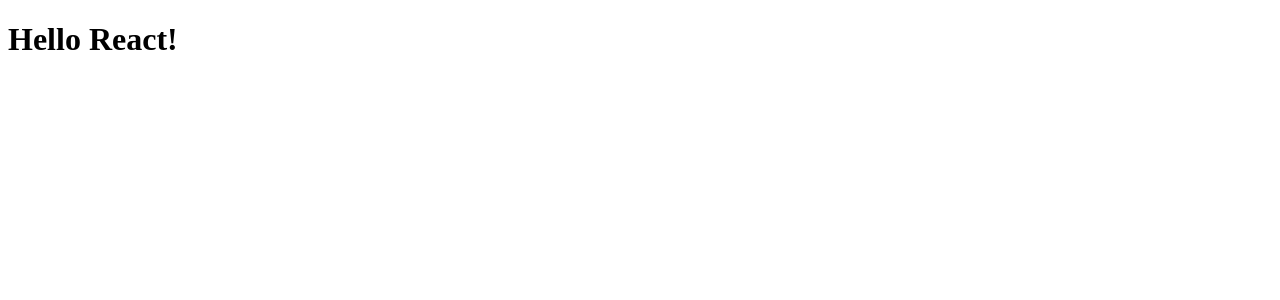
Repository: Alphosmart/03_pizza-menu
Page: /
The author's editor kept a copy of each file at every save. The page is drawn from the files as they stood at one save, then again after a run of saves.
The browser window is 1280 px wide. The pictures show the whole page.
The project was rebuilt for these pictures with package versions that can differ from the ones it lists, and the page was loaded fresh each time.

Above is the page before, as saved 2024-05-26 16:23:45.

After the next 2 saves:
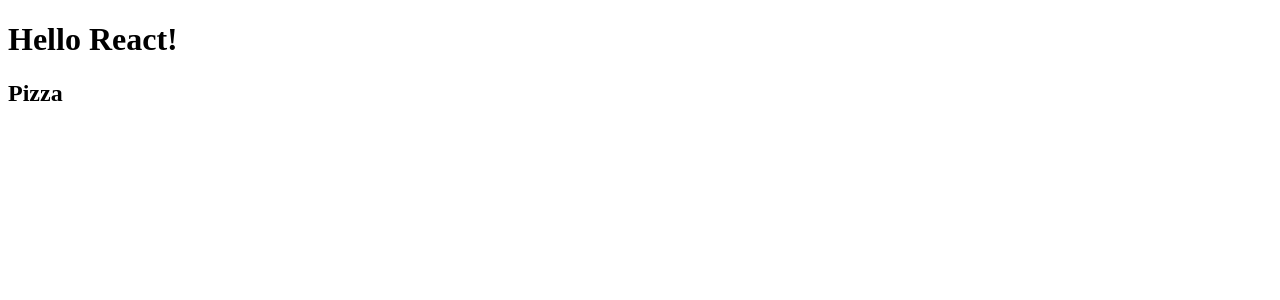
The 2 saves are shown as one change because 1 did not build or start.
The last was saved 64 s later.
--- a/src/index.js
+++ b/src/index.js
@@ -2,16 +2,16 @@ import React from "react";
 import ReactDOM from "react-dom/client";
 
 function App() {
-  return <h1>Hello React!</h1>;
+  return (
+    <div>
+      <h1>Hello React!</h1>
+      <Pizza />
+    </div>
+  );
 }
 
 function Pizza() {
-  return (
-    <div>
-      <h2>Pizza</h2>
-      <Pizza />
-    </div>
-  );
+  return <h2>Pizza</h2>;
 }
 
 // React v18
